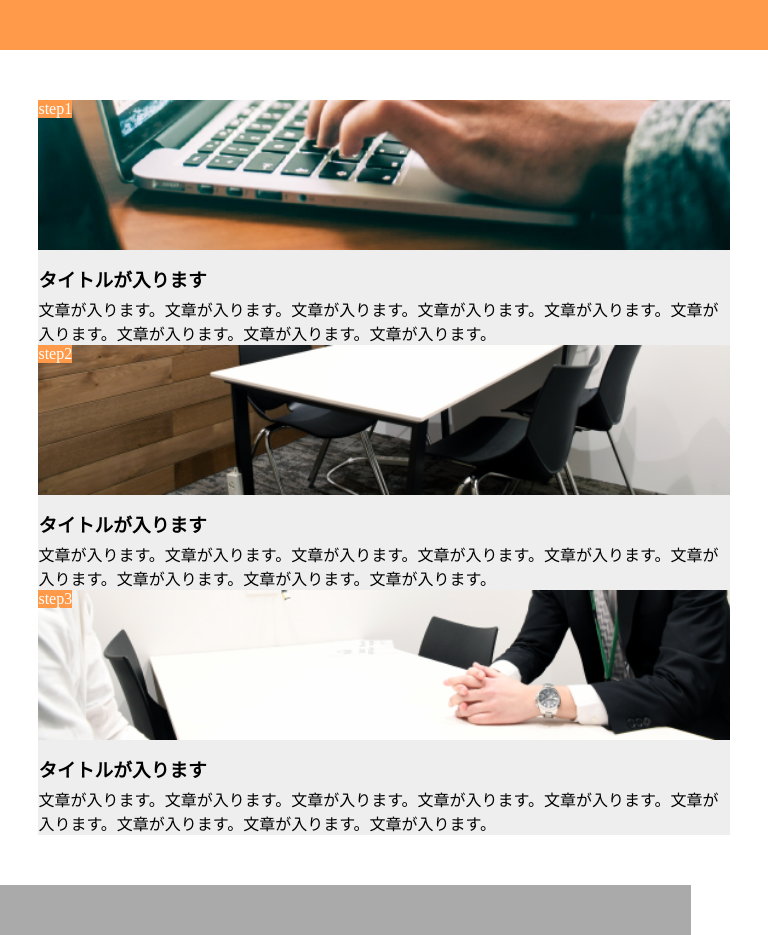
Repository: tttstk518/git-practice
Page: HTML/index.html
The author's editor kept a record of every edit. The page is drawn from the files as they stood at one moment, then again after the next edit.
The browser window is 768 px wide. The pictures show the whole page.

Above is the page before.

### HTML/index.html
<!DOCTYPE html>
<html lang="ja">
  <head>
    <meta charset="UTF-8" />
    <title>9章演習</title>

    <!-- ビューポートの設定　-->
    <meta name="viewport" content="width=device-width,initial-scale=1">
    <!--　スタイルシートの読み込み　-->
    <link rel="stylesheet" href="style.css" />
  </head>

  <body>

    <header></header>

    <main>

      <div class="step-box">
        <div class="step-img1"></div>
        <span class="step-num">step1</span>
        <h3 class="title">タイトルが入ります</h3>
        <p class="text">
          文章が入ります。文章が入ります。文章が入ります。文章が入ります。文章が入ります。文章が入ります。文章が入ります。文章が入ります。文章が入ります。
        </p>
      </div>


      <div class="step-box">
        <div class="step-img2"></div>
        <span class="step-num">step2</span>
        <h3 class="title">タイトルが入ります</h3>
        <p class="text">
          文章が入ります。文章が入ります。文章が入ります。文章が入ります。文章が入ります。文章が入ります。文章が入ります。文章が入ります。文章が入ります。
        </p>
      </div>

      <div class="step-box">
        <div class="step-img3"></div>
        <span class="step-num">step3</span>
        <h3 class="title">タイトルが入ります</h3>
        <p class="text">
          文章が入ります。文章が入ります。文章が入ります。文章が入ります。文章が入ります。文章が入ります。文章が入ります。文章が入ります。文章が入ります。
        </p>
      </div>
    </main>

    <footer></footer>
  </body>
</html>

### HTML/style.css
* {
  box-sizing: border-box;
  margin: 0;
  padding: 0;
}

header {
  width: 100%;
  height: 50px;
  background-color: #ff9a4b;
}

main {
  width: 100%;
  margin: 50px auto;
  position: relative;
  display: flex;
}

.step-box {
  position: relative;
  background-color: #eee;
}

.step-box:last-child {
  margin-bottom: 20px;
}

.step-img1 {
  height: 150px;
  background-image: url(img/flow01.png);
  background-position: bottom;
  background-size: cover;
}

.step-img2 {
  height: 150px;
  background-image: url(img/flow02.png);
  background-position: bottom;
  background-size: cover;
}

.step-img3 {
  height: 150px;
  background-image: url(img/flow03.png);
  background-position: bottom;
  background-size: cover;
}

.step-num {
  position: absolute;
  top: 0;
  left: 0;
  background-color: #ff9a4b;
  color: #fff;
}

.title {
  margin: 15px 0 5px;
}

footer {
  width: 100%;
  height: 50px;
  background-color: #aaa;
}

@media screen and (max-width: 768px) {


  main {
    width: 90%;
    display: block;
  }

  footer {
    width: 90%;
  }
}

After the next edit:
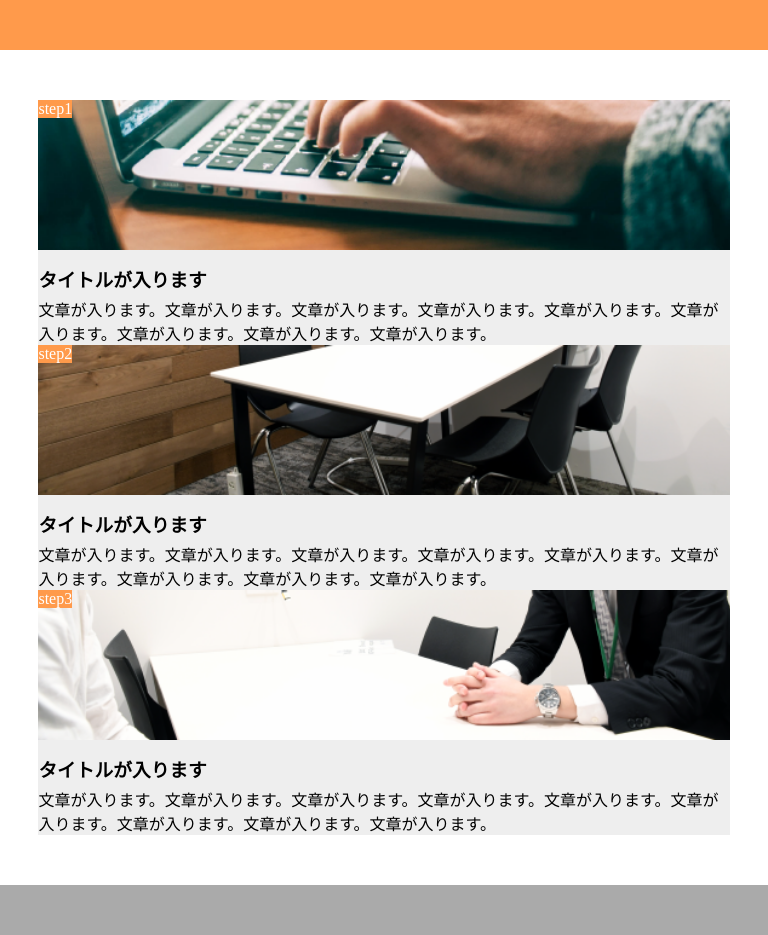
The edit:
--- a/HTML/style.css
+++ b/HTML/style.css
@@ -73,7 +73,4 @@
     display: block;
   }
 
-  footer {
-    width: 90%;
-  }
 }
